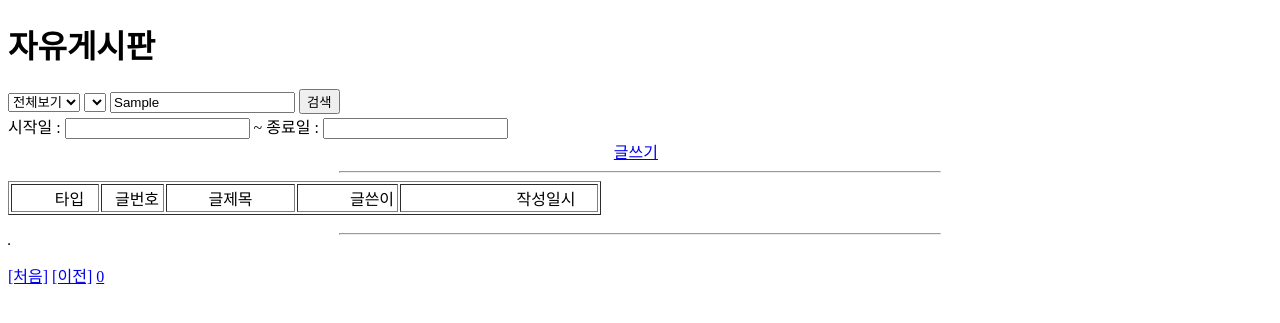
Repository: arcaorm00/seowoo_test
Page: http://localhost/mavenBoard/WEB-INF/view/freeBoard/freeBoardMain.jsp
An editor plug-in stored every save of this project. The page is shown before and after the next save, followed by the edit.
The browser window is 1280 px wide. The pictures show the whole page.
Empty fields were first filled with sample values (such as "Sample", 5 or name@example.com).
After loading, the first visible `#searchBtn` was clicked once.
The page is served by Tomcat 9. Nobody is signed in. Other server files are loaded and not shown. The template is opened directly, without the code that normally fills it, so the values that code supplies are empty.

Above is the page before, as saved 2021-01-04 06:17:53.

### mavenBoard/WebContent/WEB-INF/view/freeBoard/freeBoardMain.jsp
<%@ page language="java" contentType="text/html; charset=UTF-8"
    pageEncoding="UTF-8"%>
<%@taglib uri="http://java.sun.com/jsp/jstl/core" prefix="c"%>
<!DOCTYPE html PUBLIC "-//W3C//DTD HTML 4.01 Transitional//EN" "http://www.w3.org/TR/html4/loose.dtd">
<html>
<head>
<meta http-equiv="Content-Type" content="text/html; charset=UTF-8">
<title>Insert title here</title>
<script src="https://code.jquery.com/jquery-1.12.4.min.js"></script>

<script type="text/javascript">

	// 검색
	function searchFunction(page){

		var regExIsNumeric = /^[0-9]+$/;
		var deleteBlank = / /gi;

		var searchSelect = $("#searchSelect").val();
		var searchKeyword = $("#searchKeyword").val().replace(deleteBlank, "");

		if(searchSelect == 'DCOM001' && !searchKeyword.replace(regExIsNumeric, "") == ""){
			alert("검색어를 확인해주세요.\n글번호 검색은 숫자만 가능합니다.");
			return;
		}

		// 날짜 검색
		var startDate = $("#startDate").val().replace(deleteBlank, "").replaceAll("/", "");
		var endDate = $("#endDate").val().replace(deleteBlank, "").replaceAll("/", "");

		console.log(startDate.replace(regExIsNumeric, ""));

		if(!startDate.replace(regExIsNumeric, "") == "" || !endDate.replace(regExIsNumeric, "") == ""){
			alert("날짜는 숫자로만 입력할 수 있습니다.");
			$("#startDate").val("");
			$("#endDate").val("");
			return;
		}
		if((startDate != "" && endDate == "") || (startDate == "" && endDate != "")){
			alert("시작일과 종료일 중 하나를 비워둘 수는 없습니다.");
			return;
		}
		if(parseInt(startDate.replaceAll("/", "")) > parseInt(endDate.replaceAll("/", ""))){
			alert("종료일이 시작일보다 이전 날짜가 될 수는 없습니다.");
			return;
		}

		var searchJson = {searchField: searchSelect, keyword: searchKeyword, startDate: startDate, endDate: endDate, page: page};
		console.log(searchJson);

		$.ajax({
			data: searchJson,
			contentType: 'application/json;charset=UTF-8',
			url: "./mainSearch.ino",
			success: function(data){
				console.log(data);
				var list = data.list;
				var pagination = data.page;

				console.log(pagination);

				$("#boardTable").empty();

				var tbody = $("<tbody></tbody>");

				if(list.length > 0){
					for (var i = 0; i < list.length; i++) {
						var board = list[i];
						var tr = $("<tr></tr>");
						var type = $("<td style='width: 55px; padding-left: 30px;' align='center'></td>").html(board.codeType);
						var num = $("<td style='width: 50px; padding-left: 10px;' align='center'></td>").html(board.num);
						var link = $("<a href='./freeBoardDetail.ino?num="+board.num+"'></a>").text(board.title);
						var title = $("<td style='width: 125px;' align='left'></td>");
						title.append(link);
						var name = $("<td style='width: 48px; padding-left: 50px;' align='center'></td>").html(board.name);
						var regdate = $("<td style='width: 100px; padding-left: 95px;' align='center'></td>").html(board.regdate);
						tr.append(type, num, title, name, regdate);
						tbody.append(tr);
					}
				}else{
					var h4 = $("<h4 style='padding: 20px'></h4>").html("검색어에 해당하는 결과가 존재하지 않습니다.");
					var button = $("<button>목록으로</button>").attr("onClick", "location.href='./main.ino'");
					tbody.append(h4, button);
				}

				$("#boardTable").append(tbody);
				searchPagination(pagination);
				history.pushState('', null, '?searchField=' + searchSelect + "&keyword=" + searchKeyword + "&startDate=" + startDate + "&endDate=" + endDate + "&page=" + page);
			},
			error: function(request, status, error){
				console.log(status);
				console.log(error);
			}
		});
	}

	// 페이징
	function searchPagination(page){

		$("#paginationDiv").empty();

		var alpha = $("<span><a href='#' onClick='searchFunction(1);'>[처음]</a></span>");
		var prev = $("<span><a href='#' onClick='searchFunction(" + page.prevPage + ");'>[이전]</a></span>");
		var next = $("<span><a href='#' onClick='searchFunction(" + page.nextPage +");'>[다음]</a></span>");
		var omega = $("<span><a href='#' onClick='searchFunction(" + page.totalPage +");'>[끝]</a></span>");
		// var alpha = $("<span><a href='./main.ino?page=1'>[처음]</a></span>");
		// var prev = $("<span><a href='./main.ino?page=" + page.prevPage + "'>[이전]</a></span>");
		// var next = $("<span><a href='./main.ino?page=" + page.nextPage + "'>[다음]</a></span>");
		// var omega = $("<span><a href='./main.ino?page=" + page.totalBlock + "'>[끝]</a></span>");

		if(page.currentPage != 1){
			$("#paginationDiv").append(alpha, prev);
		}

		for (var pageNum = page.startBlock; pageNum <= page.endBlock; pageNum++){
			var span;
			if (pageNum == page.currentPage){
				span = $("<span style='color: red;'>" + pageNum + " </span>");
			}else{
				span = $("<span><a href='#' onClick='searchFunction(" + pageNum + ");'>" + pageNum + "</a> </span>");
			}
			$("#paginationDiv").append(span);
		}

		if(page.currentPage != page.totalPage && page.totalPage > 0){
			$("#paginationDiv").append(next);
		}
		if(page.currentPage != page.totalPage && page.totalPage > 0){
			$("#paginationDiv").append(omega);
		}
	}

	function textAutocomplete(event, date){
		var len = date.value.length;

		if(len == 4){ date.value += "/"; }
		if(len == 7){ date.value += "/"; }
	}

	$(function(){
		$("#searchKeyword").keypress(function(event){
			if(event.keyCode == 13){
				searchFunction(1);
			}
		})
	})
</script>
</head>
<body>

	<div>
		<h1>자유게시판</h1>
	</div>

	<div>
		<select id="searchSelect">
			<option value="">전체보기</option>
			<c:forEach var="nRow" items="${ searchList }">
				<option value="${ nRow.DECODE }" <c:if test="${ searchField eq nRow.DECODE }">selected</c:if>>${ nRow.DECODE_NAME }</option>
			</c:forEach>
		</select>
		<select id="yearSelect">
			<c:forEach var="nRow" items="${ yearList }">
				<option value="${ nRow.DECODE }" <c:if test="${ searchField eq nRow.DECODE }">selected</c:if>>${ nRow.DECODE_NAME }</option>
			</c:forEach>
		</select>
		<input type="text" id="searchKeyword" value="${ keyword }"/>
		<button type="button" id="searchBtn" name="searchBtn" onClick="searchFunction(1);">검색</button>
	</div>

	<div>
		시작일 : <input type="text" id="startDate" name="startDate" maxlength="10" onkeypress="textAutocomplete(event, this);" value="${ startDate }"/> ~
		종료일 : <input type="text" id="endDate" name="endDate" maxlength="10" onkeypress="textAutocomplete(event, this);" value="${ endDate }"/>
	</div>

	<div style="width:650px;" align="right">
		<a href="./freeBoardInsert.ino">글쓰기</a>
	</div>
	<hr style="width: 600px;">
	<div style="padding-bottom: 10px;">
		<table border="1">
			<thead>
				<tr>
					<td style="width: 55px; padding-left: 30px;" align="center">타입</td>
					<td style="width: 50px; padding-left: 10px;" align="center">글번호</td>
					<td style="width: 125px;" align="center">글제목</td>
					<td style="width: 48px; padding-left: 50px;" align="center">글쓴이</td>
					<td style="width: 100px; padding-left: 95px;" align="center">작성일시</td>
				</tr>
			</thead>
		</table>
	</div>
	<hr style="width: 600px;">

	<div id="boardDiv">
		<table id="boardTable" border="1">
			<tbody>
					<c:forEach var="dto" items="${ freeBoardList }">
					<tr>
						<td style="width: 55px; padding-left: 30px;" align="center">${ dto.codeType }</td>
						<td style="width: 50px; padding-left: 10px;" align="center">${ dto.num }</td>
						<td style="width: 125px;" align="left"><a href="./freeBoardDetail.ino?num=${ dto.num }">${ dto.title }</a></td>
						<td style="width: 48px; padding-left: 50px;" align="center">${ dto.name }</td>
						<td style="width: 100px; padding-left: 95px;" align="center">${ dto.regdate }</td>
					<tr>
					</c:forEach>
			</tbody>
		</table>
	</div>

	<br>

	<div id="paginationDiv">
		<c:if test="${ pagination.currentPage != 1 }">
			<span><a href="#" onClick="searchFunction(1);">[처음]</a></span>
		</c:if>
		<c:if test="${ pagination.currentPage != 1 }">
			<span><a href="#" onClick="searchFunction(${ pagination.prevPage });">[이전]</a></span>
		</c:if>

		<c:forEach var="pageNum" begin="${ pagination.startBlock }" end="${ pagination.endBlock }">
			<c:choose>
				<c:when test="${ pageNum == pagination.currentPage }">
					<span style="color: red;">${ pageNum }</span>
				</c:when>
				<c:otherwise>
					<span><a href="#" onClick="searchFunction(${ pageNum });">${ pageNum }</a></span>
				</c:otherwise>
			</c:choose>
		</c:forEach>

		<c:if test="${ pagination.currentPage != pagination.totalPage && pagination.totalPage > 0 }">
			<span><a href="#" onClick="searchFunction(${ pagination.nextPage });">[다음]</a></span>
		</c:if>
		<c:if test="${ pagination.currentPage != pagination.totalBlock && pagination.totalBlock > 0 }">
			<span><a href="#" onClick="searchFunction(${ pagination.totalBlock });">[끝]</a></span>
		</c:if>
	</div>

</body>
</html>

After the next save:
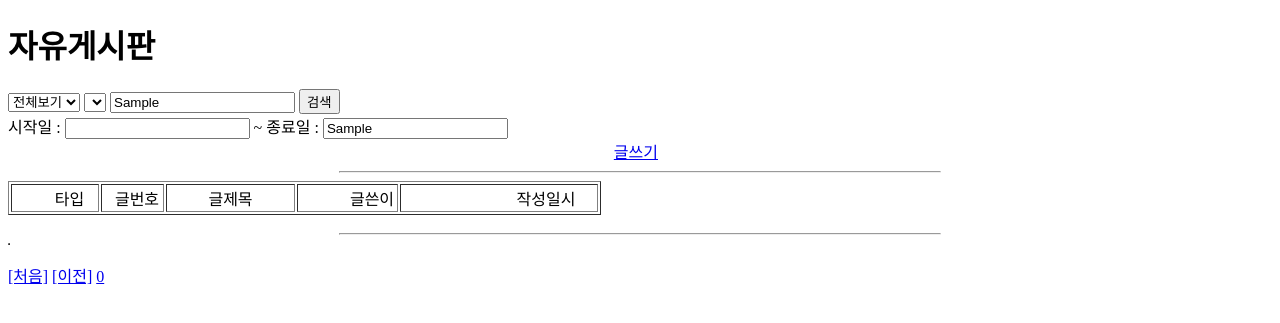
Saved 47 s later.
--- a/mavenBoard/WebContent/WEB-INF/view/freeBoard/freeBoardMain.jsp
+++ b/mavenBoard/WebContent/WEB-INF/view/freeBoard/freeBoardMain.jsp
@@ -25,15 +25,15 @@
 		}
 
 		// 날짜 검색
-		var startDate = $("#startDate").val().replace(deleteBlank, "").replaceAll("/", "");
-		var endDate = $("#endDate").val().replace(deleteBlank, "").replaceAll("/", "");
-
-		console.log(startDate.replace(regExIsNumeric, ""));
-
-		if(!startDate.replace(regExIsNumeric, "") == "" || !endDate.replace(regExIsNumeric, "") == ""){
+		var startDate = $("#startDate").val().replace(deleteBlank, "");
+		var endDate = $("#endDate").val().replace(deleteBlank, "");
+
+		console.log(startDate.replaceAll("/", "").replace(regExIsNumeric, ""));
+
+		if(!startDate.replaceAll("/", "").replace(regExIsNumeric, "") == "" || !endDate.replaceAll("/", "").replace(regExIsNumeric, "") == ""){
 			alert("날짜는 숫자로만 입력할 수 있습니다.");
 			$("#startDate").val("");
-			$("#endDate").val("");
+			$("#Date").val("");
 			return;
 		}
 		if((startDate != "" && endDate == "") || (startDate == "" && endDate != "")){
